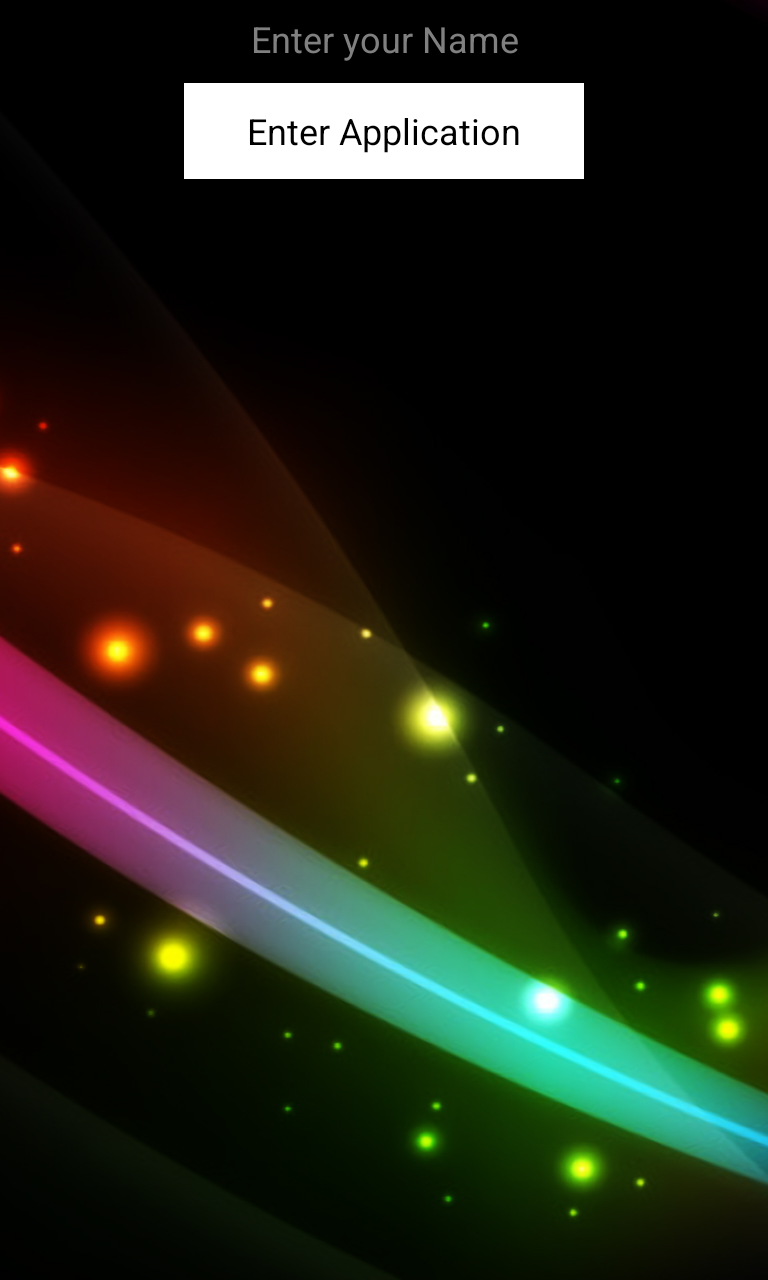
Repository: fsoDannis/workspace
Layout: findIt_3/res/layout/activity_main.xml
These files come from the project's save history. The layout is drawn as it stood at one moment and after the next save; the edit follows.
It is drawn on a 768 x 1280 px phone screen (xhdpi) without system bars, with theme AppTheme; the app's code is not run.

Above is the layout before, as saved 2013-02-15 02:46:47.

After the next save:
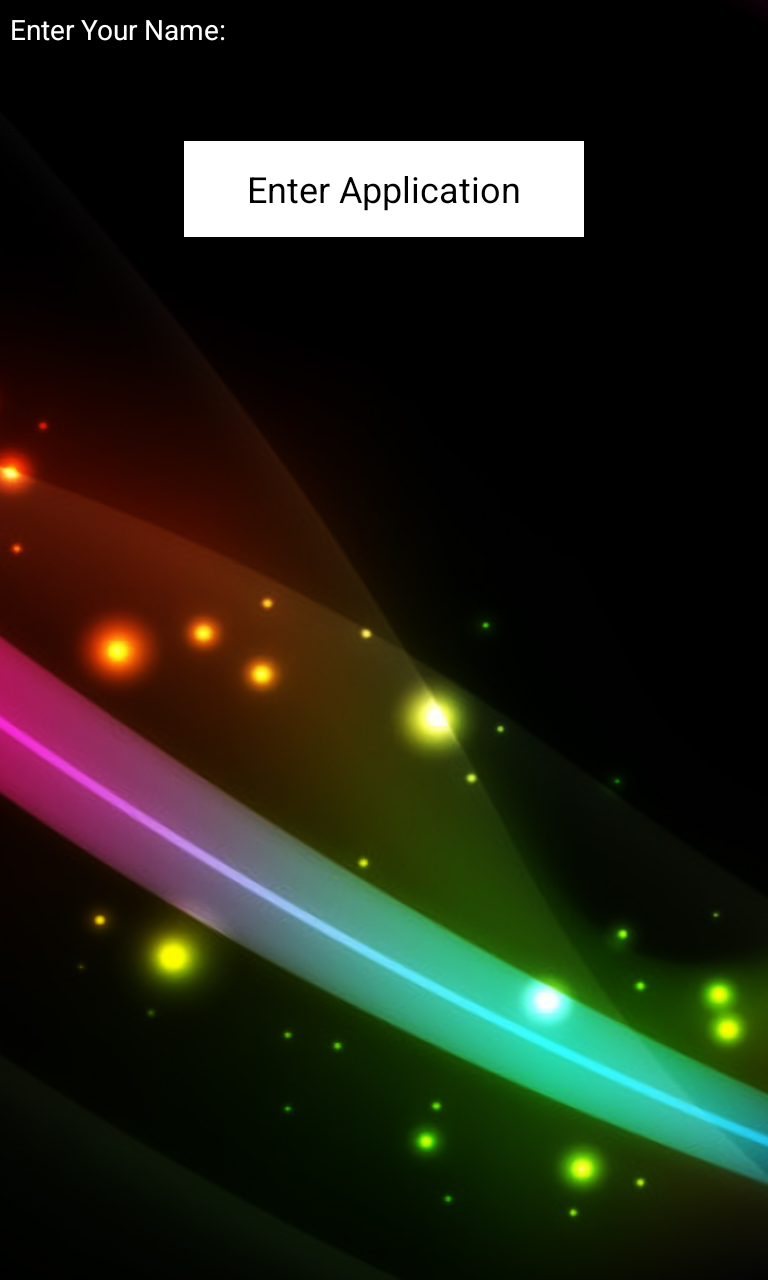
Saved 97 s later.
--- a/findIt_3/res/layout/activity_main.xml
+++ b/findIt_3/res/layout/activity_main.xml
@@ -6,13 +6,20 @@
    android:background="@drawable/background"
    >
 
+    <TextView
+        android:layout_width="fill_parent"
+        android:layout_height="wrap_content"
+        android:text="Enter Your Name:"
+        android:padding="5dip"
+        android:textColor="#ffffff"/>
+
         <EditText
         android:id="@+id/et_EnterName"
         android:layout_width="fill_parent"
         android:layout_height="wrap_content"
         android:gravity="center"
         android:paddingBottom="10dp"
-        android:hint="Enter your Name" />
+        android:hint="" />
 
         <Button
             android:id="@+id/b_Enter"
@@ -20,5 +27,5 @@
              android:layout_height="wrap_content"
              android:background="#ffffff"
              android:layout_gravity="center"
-            android:text="Enter Application" />
+             android:text="Enter Application" />
 </LinearLayout>
